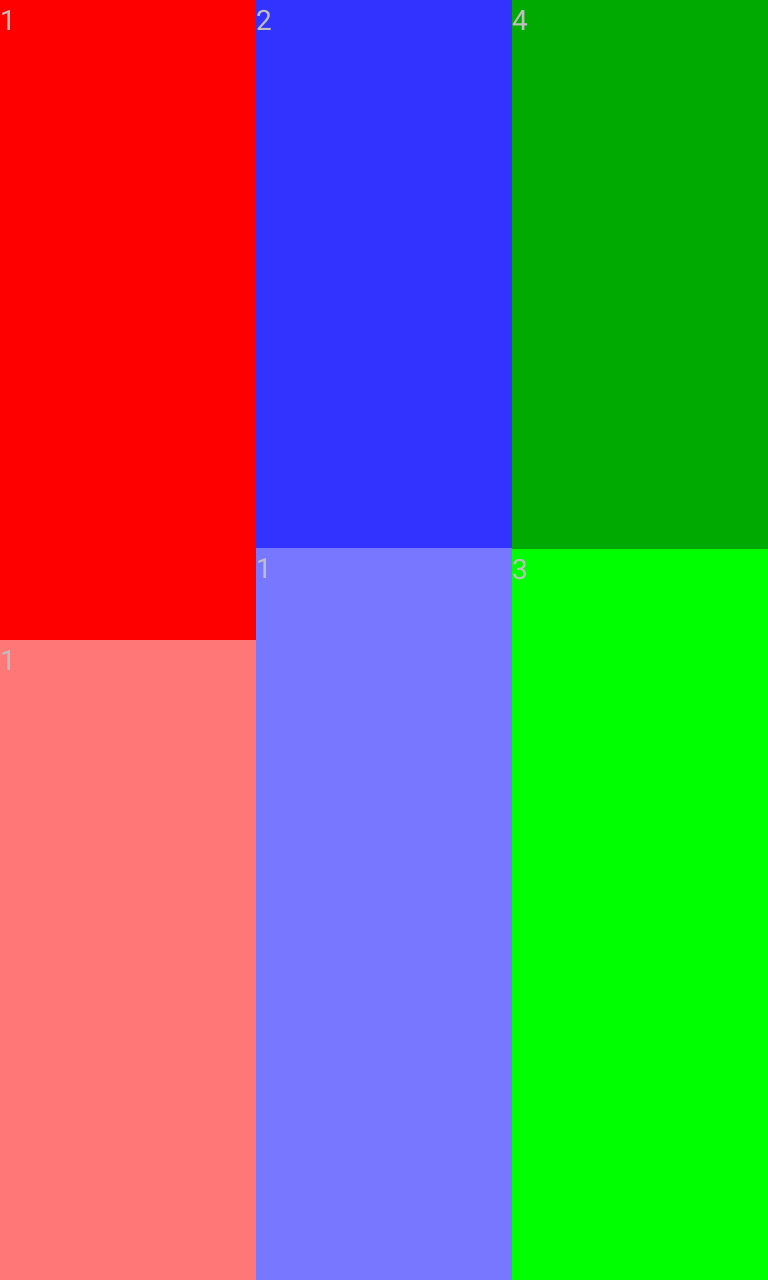
Repository: PVoLan/TestWeight
Layout: WS/Test.Weight/res/layout/main.xml
The author's editor kept a copy of each file at every save. The layout is drawn from the files as they stood at one save, then again after the next save.
It is drawn on a 768 x 1280 px phone screen (xhdpi) without system bars, with theme android:Theme; the app's code is not run.

Above is the layout before, as saved 2012-02-27 19:46:43.

### WS/Test.Weight/res/layout/main.xml
<?xml version="1.0" encoding="utf-8"?>
<LinearLayout xmlns:android="http://schemas.android.com/apk/res/android"
    android:layout_width="fill_parent"
    android:layout_height="fill_parent"
 >

    <LinearLayout
    android:layout_width="fill_parent"
    android:layout_height="fill_parent"
    android:layout_weight="1"
    android:orientation="vertical"
	 >

        <TextView
            android:layout_width="fill_parent"
		    android:layout_height="fill_parent"
		    android:layout_weight="1"
		    android:text="1"
		    android:background="#f00"
            />

        <TextView
            android:layout_width="fill_parent"
		    android:layout_height="fill_parent"
		    android:layout_weight="2"
		    android:text="2"
		    android:background="#f33"
            />

        <TextView
            android:layout_width="fill_parent"
		    android:layout_height="fill_parent"
		    android:layout_weight="1"
		    android:text="1"
		    android:background="#f77"
            />


	</LinearLayout>


    <LinearLayout
    android:layout_width="fill_parent"
    android:layout_height="fill_parent"
    android:layout_weight="1"
    android:orientation="vertical"
	 >

        <TextView
            android:layout_width="fill_parent"
		    android:layout_height="fill_parent"
		    android:layout_weight="4"
		    android:text="4"
		    android:background="#00f"
            />

        <TextView
            android:layout_width="fill_parent"
		    android:layout_height="fill_parent"
		    android:layout_weight="2"
		    android:text="2"
		    android:background="#33f"
            />

        <TextView
            android:layout_width="fill_parent"
		    android:layout_height="fill_parent"
		    android:layout_weight="1"
		    android:text="1"
		    android:background="#77f"
            />

	</LinearLayout>


    <LinearLayout
    android:layout_width="fill_parent"
    android:layout_height="fill_parent"
    android:layout_weight="1"
    android:orientation="vertical"
	 >


         <TextView
            android:layout_width="fill_parent"
		    android:layout_height="fill_parent"
		    android:layout_weight="7"
		    android:text="7"
		    android:background="#080"
            />

        <TextView
            android:layout_width="fill_parent"
		    android:layout_height="fill_parent"
		    android:layout_weight="4"
		    android:text="4"
		    android:background="#0a0"
            />

        <TextView
            android:layout_width="fill_parent"
		    android:layout_height="fill_parent"
		    android:layout_weight="3"
		    android:text="3"
		    android:background="#0f0"
            />

	</LinearLayout>

</LinearLayout>

After the next save:
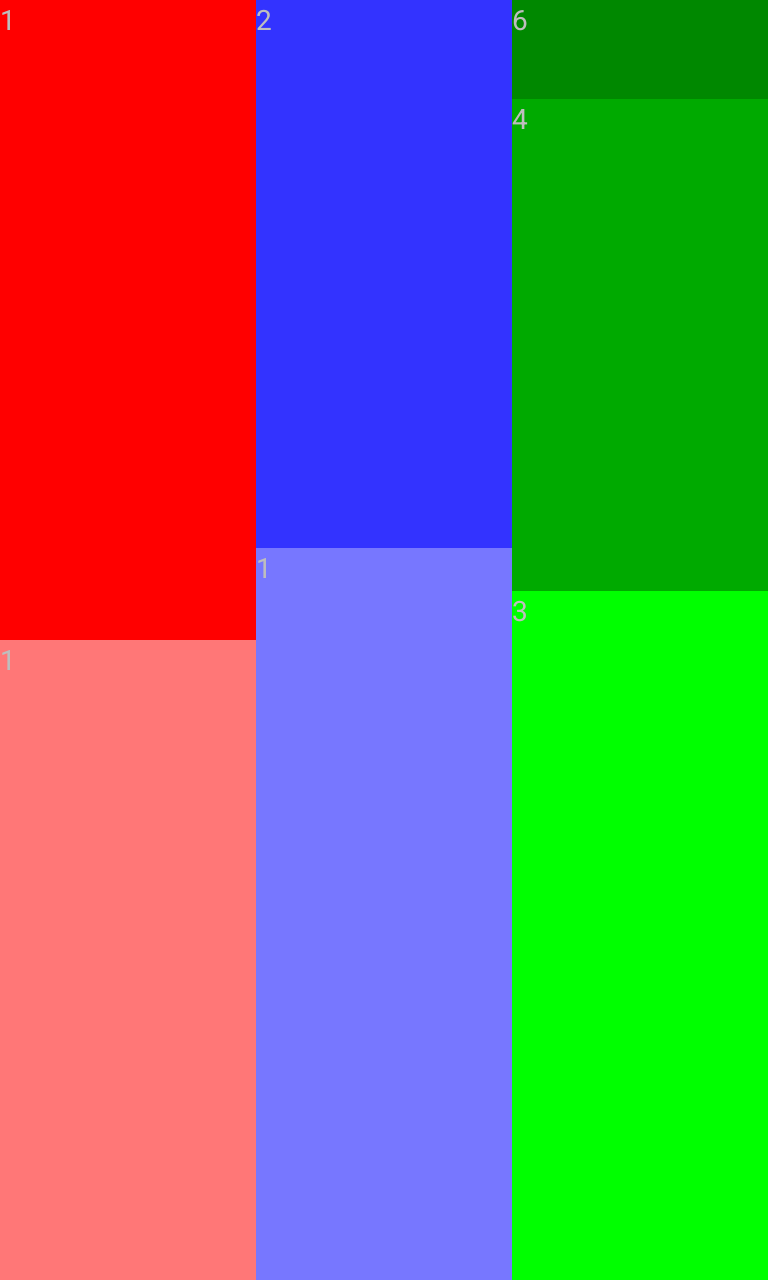
Saved 30 s later.
--- a/WS/Test.Weight/res/layout/main.xml
+++ b/WS/Test.Weight/res/layout/main.xml
@@ -84,8 +84,8 @@
          <TextView
             android:layout_width="fill_parent"
 		    android:layout_height="fill_parent"
-		    android:layout_weight="7"
-		    android:text="7"
+		    android:layout_weight="6"
+		    android:text="6"
 		    android:background="#080"
             />
 
